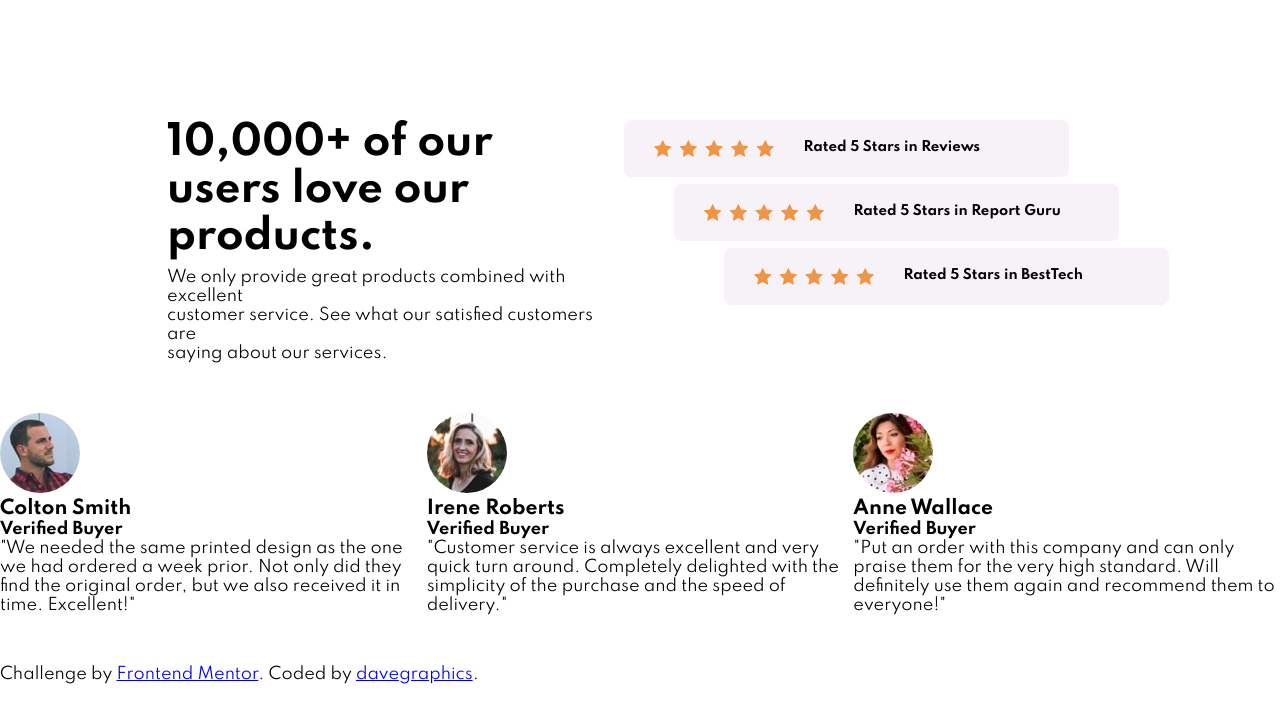
Repository: DejV44/social-proof-section-master
Page: index.html
These files come from the project's save history. The page is drawn as it stood at one moment and after the next save; the edit follows.
The browser window is 1280 px wide. The pictures show the whole page.
The style sheet was rebuilt from its Sass, Less or Tailwind sources for each picture, by a compiler version that may differ from the author's.

Above is the page before, as saved 2021-06-25 21:05:16.

After the next save:
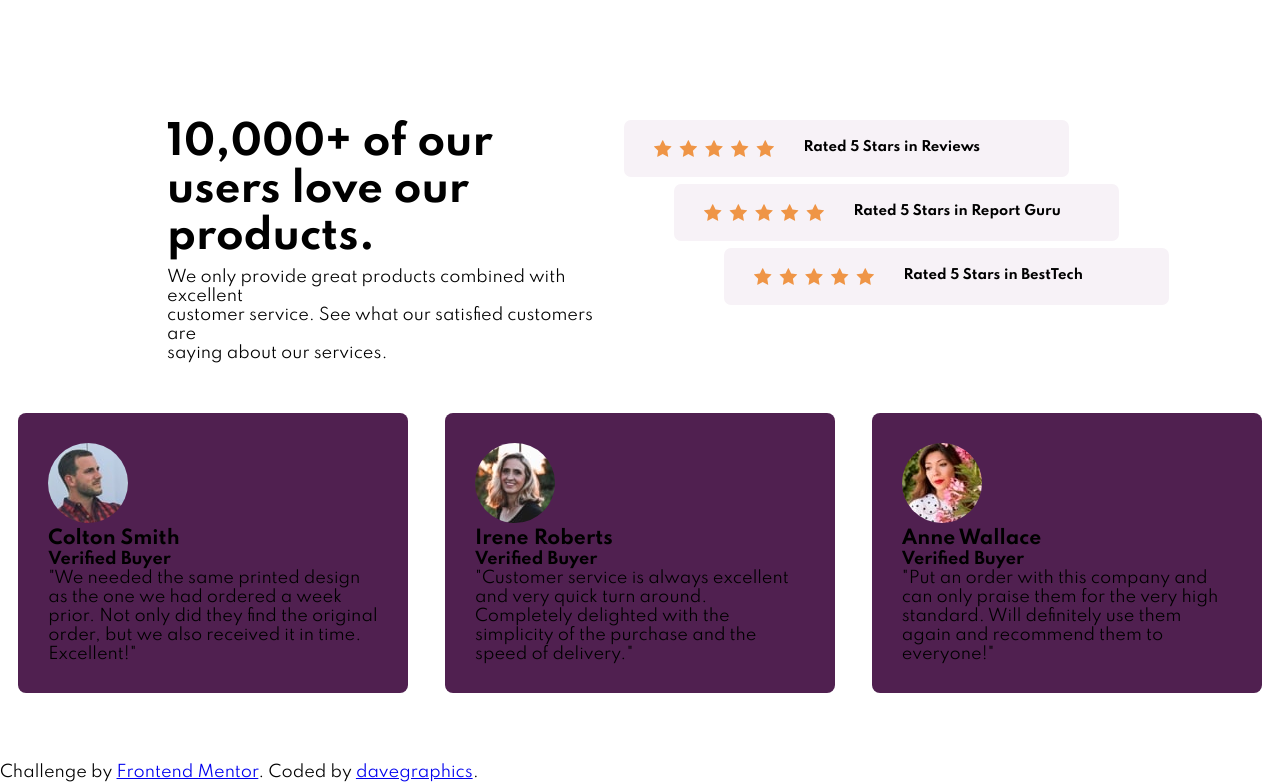
Saved 12 s later.
--- a/css/main.scss
+++ b/css/main.scss
@@ -86,7 +86,13 @@ body {
 
         ul {
 
+            padding: 30px;
 
+            background: var(--primary-color);
+            border-radius: .5em;
+            width: 330px;
+            height: 220px;
+            margin: 0px auto 20px auto;
 
             li {
                 list-style: none;
